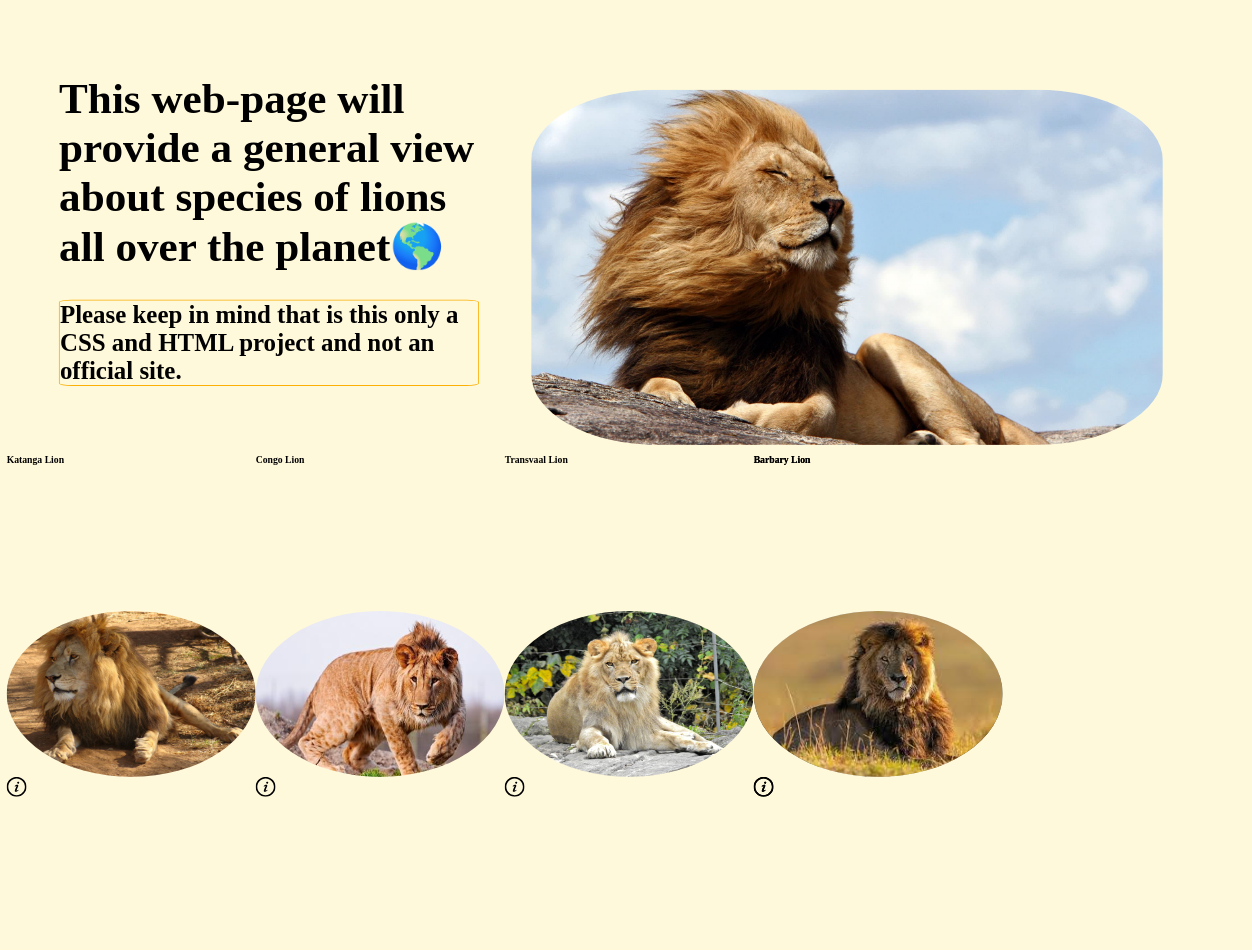
Repository: GeorgeManias/lions_project
Page: index.html
These files come from the project's save history. The page is drawn as it stood at one moment and after the next save; the edit follows.
The browser window is 1280 px wide. The page is 1401 px wide, then 1508 px, so the pictures cover 1508 px, including what lies to the right of the window. The pictures show the whole page, at 83% of full size.

Above is the page before, as saved 2021-11-03 20:34:10.

### index.html
<!DOCTYPE html>
<html lang="en">
  <head>
    <link rel="stylesheet" href="index.css" />
    <link
      href="https://fonts.googleapis.com/css2?family=Roboto:ital@1&display=swap"
      rel="stylesheet"
    />
    <title>King of the Jungle</title>
  </head>
  <div class="container">
    <!--This will be the container fro the main_page-->

    <body>
      <!--Class above will support the grid between header and main photo-->
      <div class="headers_and_mainphoto">
        <header>
          <!--This area will be for the upper body part-->
          <h1 class="main_header">
            This web-page will provide a general view about species of lions all
            over the planet🌎
          </h1>
          <h2 class="project_header">
            Please keep in mind that is this only a CSS and HTML project and not
            an official site.
          </h2>
        </header>
        <img
          src="pictures/main_lion.jpg"
          alt="main_lion_photo"
          class="main_photo"
        />
      </div>
      <div class="grid_with_6_pictures">
        <!--Katanga_Lion_Start-->
        <h3 id="katanga_title_cord" class="titles_6">Katanga Lion</h3>
        <img
          src="pictures/katanga_lion.jpg"
          alt="katanga_lion"
          id="katanga_img_cord"
          class="img_6"
        />
        <svg
          id="katanga_info_cord"
          class="info_svg"
          xmlns="http://www.w3.org/2000/svg"
          width="24"
          height="24"
          viewBox="0 0 24 24"
        >
          <path
            d="M12 2c5.514 0 10 4.486 10 10s-4.486 10-10 10-10-4.486-10-10 4.486-10 10-10zm0-2c-6.627 0-12 5.373-12 12s5.373 12 12 12 12-5.373 12-12-5.373-12-12-12zm-2.033 16.01c.564-1.789 1.632-3.932 1.821-4.474.273-.787-.211-1.136-1.74.209l-.34-.64c1.744-1.897 5.335-2.326 4.113.613-.763 1.835-1.309 3.074-1.621 4.03-.455 1.393.694.828 1.819-.211.153.25.203.331.356.619-2.498 2.378-5.271 2.588-4.408-.146zm4.742-8.169c-.532.453-1.32.443-1.761-.022-.441-.465-.367-1.208.164-1.661.532-.453 1.32-.442 1.761.022.439.466.367 1.209-.164 1.661z"
          />
        </svg>
        <!--Katanga_Lion_End-->

        <!--Congo_Lion_Start-->
        <h3 id="congo_title_cord" class="titles_6">Congo Lion</h3>
        <img
          src="pictures/congo_lion.jpg"
          alt="congo_lion"
          id="congo_img_cord"
          class="img_6"
        />
        <svg
          id="congo_info_cord"
          class="info_svg"
          xmlns="http://www.w3.org/2000/svg"
          width="24"
          height="24"
          viewBox="0 0 24 24"
        >
          <path
            d="M12 2c5.514 0 10 4.486 10 10s-4.486 10-10 10-10-4.486-10-10 4.486-10 10-10zm0-2c-6.627 0-12 5.373-12 12s5.373 12 12 12 12-5.373 12-12-5.373-12-12-12zm-2.033 16.01c.564-1.789 1.632-3.932 1.821-4.474.273-.787-.211-1.136-1.74.209l-.34-.64c1.744-1.897 5.335-2.326 4.113.613-.763 1.835-1.309 3.074-1.621 4.03-.455 1.393.694.828 1.819-.211.153.25.203.331.356.619-2.498 2.378-5.271 2.588-4.408-.146zm4.742-8.169c-.532.453-1.32.443-1.761-.022-.441-.465-.367-1.208.164-1.661.532-.453 1.32-.442 1.761.022.439.466.367 1.209-.164 1.661z"
          />
        </svg>
        <!--Congo_Lion_End-->

        <!--Transvaal_Lion_Start-->
        <h3 id="Transvaal_title_cord" class="titles_6">Transvaal Lion</h3>
        <img
          src="pictures/Transvaal_lion.jpg"
          alt="Transvaal_lion"
          id="Transvaal_img_cord"
          class="img_6"
        />
        <svg
          id="Transvaal_info_cord"
          class="info_svg"
          xmlns="http://www.w3.org/2000/svg"
          width="24"
          height="24"
          viewBox="0 0 24 24"
        >
          <path
            d="M12 2c5.514 0 10 4.486 10 10s-4.486 10-10 10-10-4.486-10-10 4.486-10 10-10zm0-2c-6.627 0-12 5.373-12 12s5.373 12 12 12 12-5.373 12-12-5.373-12-12-12zm-2.033 16.01c.564-1.789 1.632-3.932 1.821-4.474.273-.787-.211-1.136-1.74.209l-.34-.64c1.744-1.897 5.335-2.326 4.113.613-.763 1.835-1.309 3.074-1.621 4.03-.455 1.393.694.828 1.819-.211.153.25.203.331.356.619-2.498 2.378-5.271 2.588-4.408-.146zm4.742-8.169c-.532.453-1.32.443-1.761-.022-.441-.465-.367-1.208.164-1.661.532-.453 1.32-.442 1.761.022.439.466.367 1.209-.164 1.661z"
          />
        </svg>
        <!--Transvaal_Lion_End-->

        <!--barbary_Lion_Start-->
        <h3 id="barbary_title_cord" class="titles_6">Barbary Lion</h3>
        <img
          src="pictures/barbary_lion.jpg"
          alt="barbary_lion"
          id="barbary_img_cord"
          class="img_6"
        />
        <svg
          id="barbary_info_cord"
          class="info_svg"
          xmlns="http://www.w3.org/2000/svg"
          width="24"
          height="24"
          viewBox="0 0 24 24"
        >
          <path
            d="M12 2c5.514 0 10 4.486 10 10s-4.486 10-10 10-10-4.486-10-10 4.486-10 10-10zm0-2c-6.627 0-12 5.373-12 12s5.373 12 12 12 12-5.373 12-12-5.373-12-12-12zm-2.033 16.01c.564-1.789 1.632-3.932 1.821-4.474.273-.787-.211-1.136-1.74.209l-.34-.64c1.744-1.897 5.335-2.326 4.113.613-.763 1.835-1.309 3.074-1.621 4.03-.455 1.393.694.828 1.819-.211.153.25.203.331.356.619-2.498 2.378-5.271 2.588-4.408-.146zm4.742-8.169c-.532.453-1.32.443-1.761-.022-.441-.465-.367-1.208.164-1.661.532-.453 1.32-.442 1.761.022.439.466.367 1.209-.164 1.661z"
          />
        </svg>
        <!--barbary_Lion_End-->

        <!--east_african_Lion_Start-->
        <h3 id="east_african_title_cord" class="titles_6">Barbary Lion</h3>
        <img
          src="pictures/east_african_lion.jpg"
          alt="east_african_lion"
          id="east_african_img_cord"
          class="img_6"
        />
        <svg
          id="east_african_info_cord"
          class="info_svg"
          xmlns="http://www.w3.org/2000/svg"
          width="24"
          height="24"
          viewBox="0 0 24 24"
        >
          <path
            d="M12 2c5.514 0 10 4.486 10 10s-4.486 10-10 10-10-4.486-10-10 4.486-10 10-10zm0-2c-6.627 0-12 5.373-12 12s5.373 12 12 12 12-5.373 12-12-5.373-12-12-12zm-2.033 16.01c.564-1.789 1.632-3.932 1.821-4.474.273-.787-.211-1.136-1.74.209l-.34-.64c1.744-1.897 5.335-2.326 4.113.613-.763 1.835-1.309 3.074-1.621 4.03-.455 1.393.694.828 1.819-.211.153.25.203.331.356.619-2.498 2.378-5.271 2.588-4.408-.146zm4.742-8.169c-.532.453-1.32.443-1.761-.022-.441-.465-.367-1.208.164-1.661.532-.453 1.32-.442 1.761.022.439.466.367 1.209-.164 1.661z"
          />
        </svg>
        <!--east_african_Lion_End-->
      </div>
    </body>
  </div>
</html>

<!--1
  Katanga lion
  Congo Lion
  Transvaal lion
  East African lion
  Asiatic lion
  West African lion

-->

### index.css
/*

--- 01 TYPOGRAPHY SYSTEM

- Font sizes (px)
10 / 12 / 14 / 16 / 18 / 20 / 24 / 30 / 36 / 44 / 52 / 62 / 74 / 86 / 98

- Font weights
Default: 400
Medium: 500
Semi-bold: 600
Bold: 700

- Line heights
Default: 1
Small: 1.05
Medium: 1.2
Paragraph default: 1.6

- Letter spacing
-0.5px
0.75px

--- 02 COLORS

- Primary: ##fab005
- Tints:
#fff9db

- Shades:


- Accents:
- Greys

#888
#767676 (lightest grey allowed on #fff)
#6f6f6f (lightest grey allowed on #fdf2e9)
#555
#333

--- 05 SHADOWS

0 2.4rem 4.8rem rgba(0, 0, 0, 0.075);

--- 06 BORDER-RADIUS

Default: 9px
Medium: 11px

--- 07 WHITESPACE

- Spacing system (px)
2 / 4 / 8 / 12 / 16 / 24 / 32 / 48 / 64 / 80 / 96 / 128
*/

html {
  /*εδώ βάζω το 10 με σκοπο το αλλο να έχει ευκολο πολαπλασσιο του rem*/
  font-size: 10px;
  margin-left: 0%;
  margin-right: 0%;
}

body {
  background-color: #fff9db;
}

header {
  margin-left: 10%;
  margin-right: 10%;
}

.main_header {
  font-size: 5.2rem;
}

.project_header {
  font-size: 3rem;
  border: 0.1rem solid #fab005;
  border-radius: 3%;
}

.headers_and_mainphoto {
  /*Αυτο το πεδίο αναφέρεται στο grid*/
  display: grid;
  grid-template-columns: 50% 50%;
  align-items: center;
}

.grid_with_6_pictures {
  display: grid;
  grid-template-columns: 1fr 1fr 1fr 1fr 1fr 1fr;
  grid-template-rows: 1fr 1fr 1fr;
}

.main_photo {
  width: 761px;
  margin-top: 100px;
  border-radius: 20%;
}

.img_6 {
  width: 300px;
  height: 200px;
  border-radius: 50%;
}

/*//////////////////////////////////////////////////////////////////////////////////////////////////////////////////////////////////////////////////////////////////*/
/*Katanga Lion Cord Start*/
#katanga_title_cord {
  grid-column: 1/2;
  grid-row: 1/2;
}
#katanga_img_cord {
  grid-column: 1/2;
  grid-row: 2/3;
}

#katanga_info_cord {
  grid-column: 1/2;
  grid-row: 3/4;
}
/*Katanga Lion Cord End*/

/*Congo Lion Cord Start*/
#congo_title_cord {
  grid-column: 2/3;
  grid-row: 1/2;
}
#congo_img_cord {
  grid-column: 2/3;
  grid-row: 2/3;
}

#congo_info_cord {
  grid-column: 2/3;
  grid-row: 3/4;
}
/*Congo Lion Cord End*/

/*Transvaal Lion Cord Start*/
#Transvaal_title_cord {
  grid-column: 3/4;
  grid-row: 1/2;
}
#Transvaal_img_cord {
  grid-column: 3/4;
  grid-row: 2/3;
}

#Transvaal_info_cord {
  grid-column: 3/4;
  grid-row: 3/4;
}
/*Transvaal Lion Cord End*/

/*Congo Lion Cord End*/

/*barbary Lion Cord Start*/
#barbary_title_cord {
  grid-column: 4/5;
  grid-row: 1/2;
}
#barbary_img_cord {
  grid-column: 4/5;
  grid-row: 2/3;
}

#barbary_info_cord {
  grid-column: 4/5;
  grid-row: 3/4;
}
/*barbary Lion Cord End*/

/*east_african Lion Cord Start*/
#east_african_title_cord {
  grid-column: 4/5;
  grid-row: 1/2;
}
#east_african_img_cord {
  grid-column: 4/5;
  grid-row: 2/3;
}

#east_african_info_cord {
  grid-column: 4/5;
  grid-row: 3/4;
}
/*east_african Lion Cord End*/

After the next save:
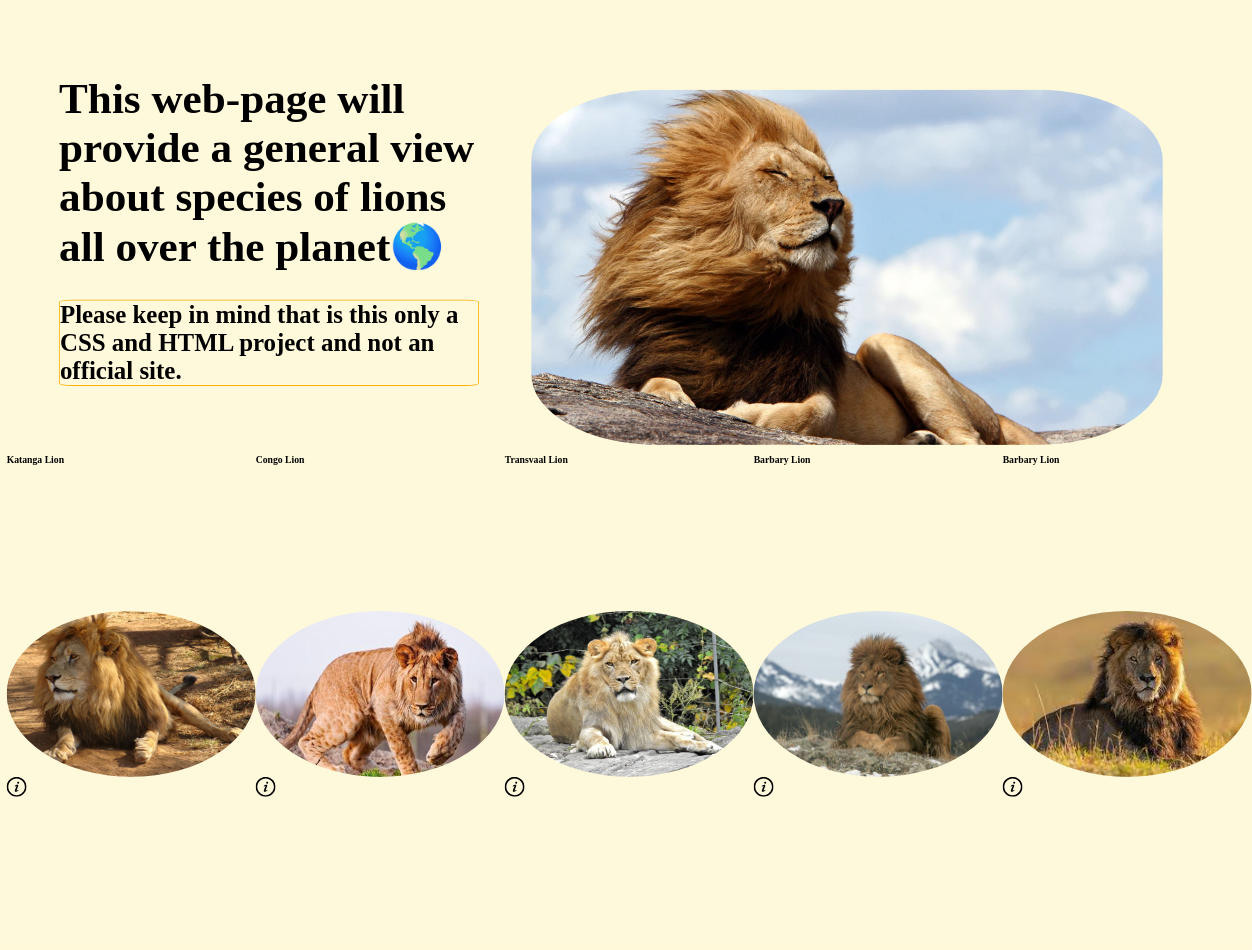
Saved 21 s later.
--- a/index.css
+++ b/index.css
@@ -174,16 +174,16 @@ header {
 
 /*east_african Lion Cord Start*/
 #east_african_title_cord {
-  grid-column: 4/5;
+  grid-column: 5/6;
   grid-row: 1/2;
 }
 #east_african_img_cord {
-  grid-column: 4/5;
+  grid-column: 5/6;
   grid-row: 2/3;
 }
 
 #east_african_info_cord {
-  grid-column: 4/5;
+  grid-column: 5/6;
   grid-row: 3/4;
 }
 /*east_african Lion Cord End*/
